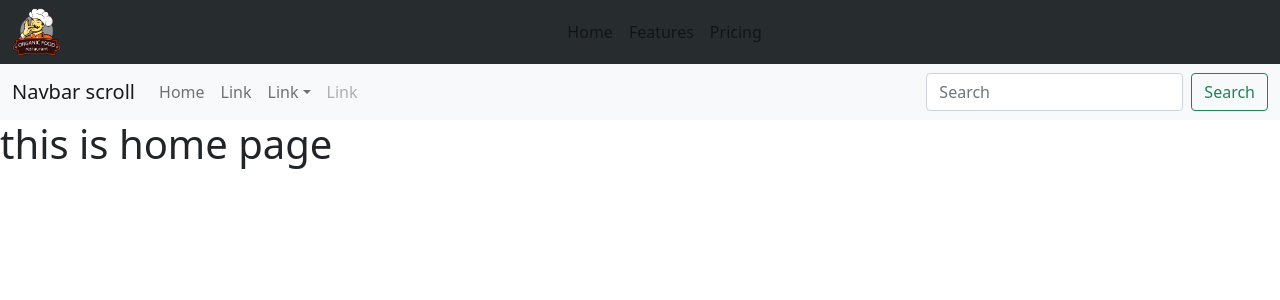
Repository: mdrubel02/organic-food-restaurnat
Page: /
The author's editor kept a copy of each file at every save. The page is drawn from the files as they stood at one save, then again after the next save.
The browser window is 1280 px wide. The pictures show the whole page.
The project was rebuilt for these pictures with package versions that can differ from the ones it lists, and the page was loaded fresh each time.

Above is the page before, as saved 2022-07-02 15:54:19.

After the next save:
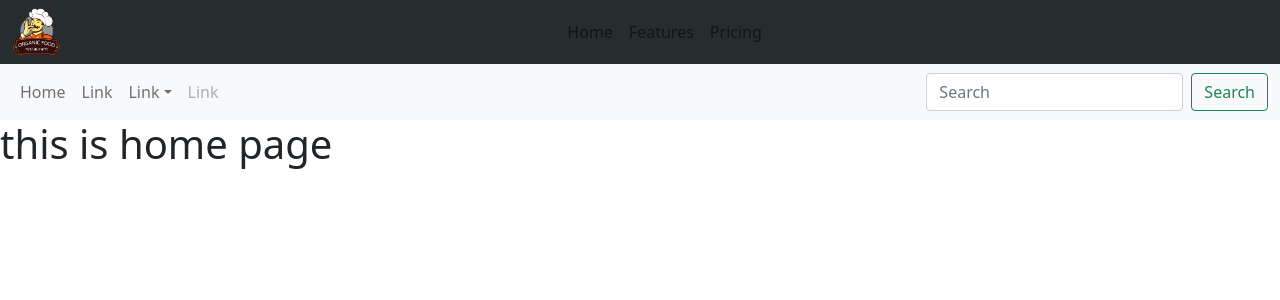
Saved 9 min 21 s later.
--- a/src/Components/Header/HeaderTwo.js
+++ b/src/Components/Header/HeaderTwo.js
@@ -1,11 +1,12 @@
 import React from 'react';
 import { Button, Container, Form, Nav, Navbar, NavDropdown } from 'react-bootstrap';
+import Avatar from 'react-avatar';
 
 const HeaderTwo = () => {
     return (
         <Navbar bg="light" expand="lg">
         <Container fluid>
-          <Navbar.Brand href="#">Navbar scroll</Navbar.Brand>
+
           <Navbar.Toggle aria-controls="navbarScroll" />
           <Navbar.Collapse id="navbarScroll">
             <Nav
